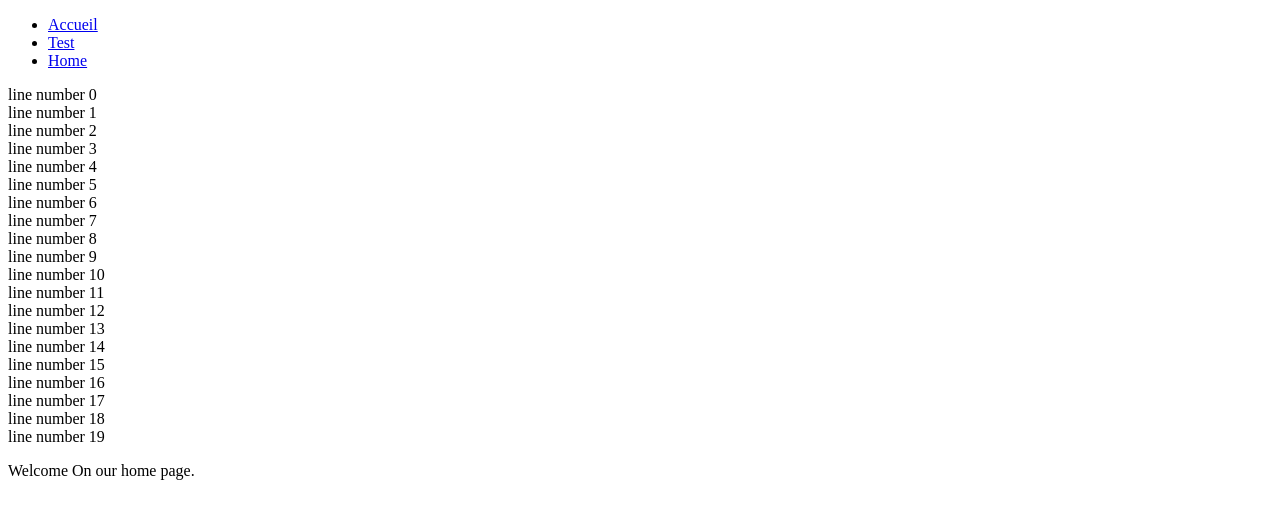
Repository: khadimniass/AppliTestJEE
Page: http://localhost/test/WEB-INF/accueil.jsp
These files come from the project's save history. The page is drawn as it stood at one moment and after the next save; the edit follows.
The browser window is 1280 px wide. The pictures show the whole page.
The page is served by Tomcat 9. Nobody is signed in. The template is opened directly, without the code that normally fills it, so the values that code supplies are empty.

Above is the page before, as saved 2020-07-05 11:36:46.

After the next save:
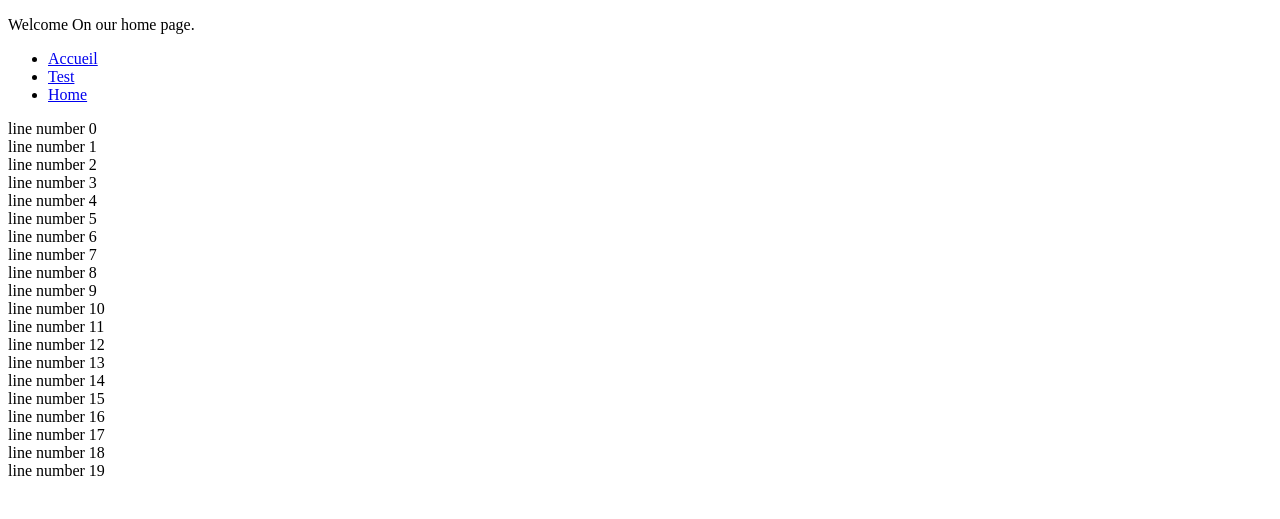
Saved 53 s later.
--- a/test/WebContent/WEB-INF/accueil.jsp
+++ b/test/WebContent/WEB-INF/accueil.jsp
@@ -7,6 +7,7 @@
 <title>Mon acceuil</title>
 </head>
 <body>
+	<p>Welcome On our home page.</p>
 		<%@include file="menu.jsp" %>
 		<p>
 		<%
@@ -15,7 +16,6 @@
 		}
 		 %>
 		</p>
-	<p>Welcome On our home page.</p>
 
 </body>
 </html>
